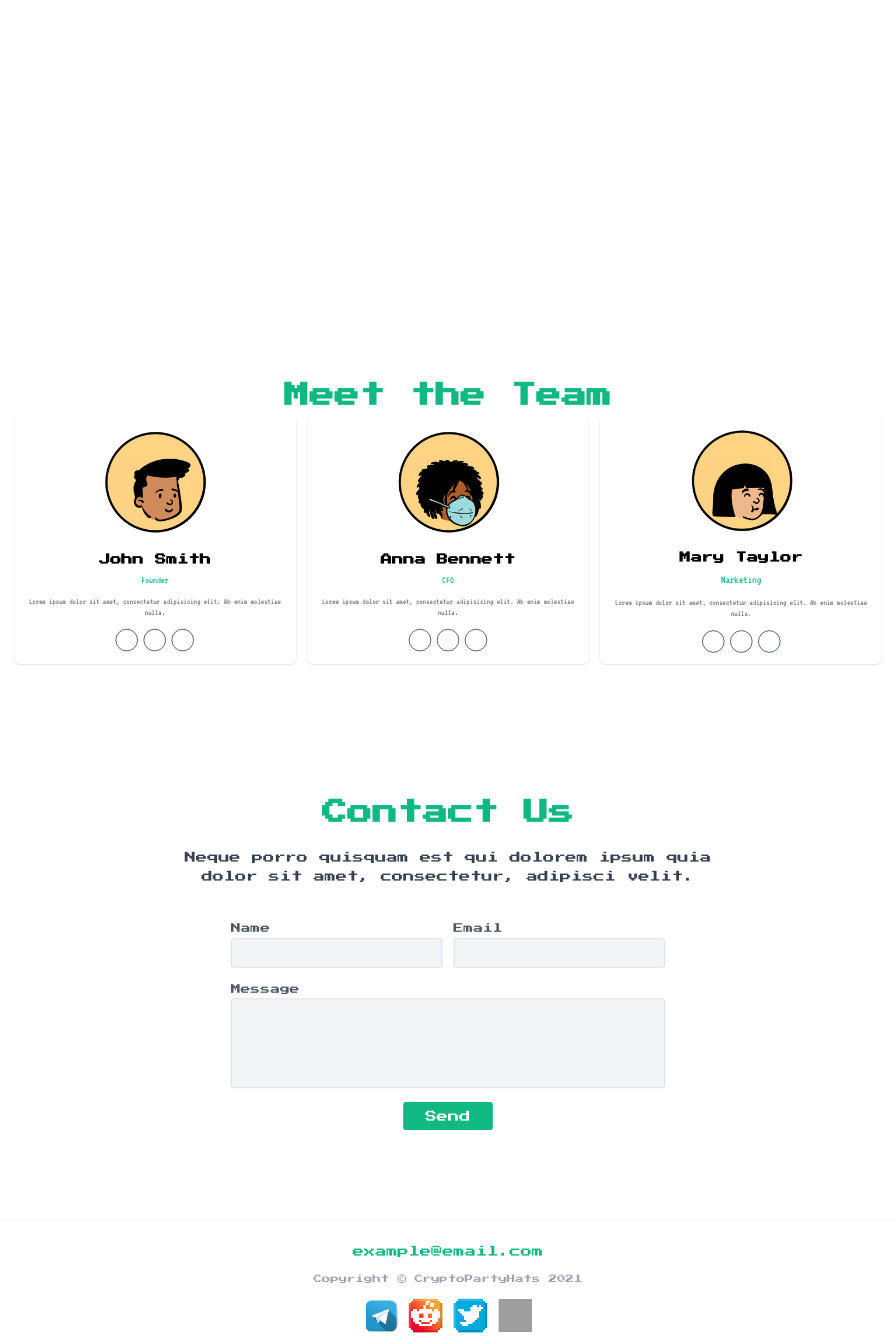
Repository: rhinorphan/phat-landing-page
Page: /
The author's editor kept a copy of each file at every save. The page is drawn from the files as they stood at one save, then again after the next save.
The browser window is 1280 px wide. The pictures show the part of the page from y = 2228 to 4148 px (the page is 4140 px tall before and 4148 px after), at 70% of full size.
Pictures or frames that could not be fetched are drawn as grey boxes. The project was rebuilt for these pictures with package versions that can differ from the ones it lists, and the page was loaded fresh each time. Also part of the build but not shown: craco.config.js.

Above is the page before, as saved 2021-11-17 23:10:48.

### public/index.html
<!DOCTYPE html>
<html lang="en">
  <head>
    <meta charset="utf-8" />
    <link rel="icon" href="%PUBLIC_URL%/assets/images/server_icon.png" />
    <meta name="PHAT" content="width=device-width, initial-scale=1" />
    <meta name="theme-color" content="#000000" />
    <meta
      name="description"
      content="PHAT Landing Page"
    />
    <link rel="apple-touch-icon" href="%PUBLIC_URL%/assets/images/server_icon.png" />
    <!--
      manifest.json provides metadata used when your web app is installed on a
      user's mobile device or desktop. See https://developers.google.com/web/fundamentals/web-app-manifest/
    -->
    <link rel="manifest" href="%PUBLIC_URL%/manifest.json" />
    <!--
      Notice the use of %PUBLIC_URL% in the tags above.
      It will be replaced with the URL of the `public` folder during the build.
      Only files inside the `public` folder can be referenced from the HTML.

      Unlike "/favicon.ico" or "favicon.ico", "%PUBLIC_URL%/favicon.ico" will
      work correctly both with client-side routing and a non-root public URL.
      Learn how to configure a non-root public URL by running `npm run build`.
    -->
    <title>Party Hats</title>
  </head>
  <body>
    <noscript>You need to enable JavaScript to run this app.</noscript>
    <div id="root"></div>
    <!--
      This HTML file is a template.
      If you open it directly in the browser, you will see an empty page.

      You can add webfonts, meta tags, or analytics to this file.
      The build step will place the bundled scripts into the <body> tag.

      To begin the development, run `npm start` or `yarn start`.
      To create a production bundle, use `npm run build` or `yarn build`.
    -->
  </body>
</html>

### src/App.js
import logo from './logo.svg';
import './App.css';
import Header from './components/Header';
import Contact from './components/Contact';
import Landing from './components/Landing';
import Community from './components/Community';
import Tokens from './components/Tokens';
import About from './components/About';
import Footer from './components/Footer';

function App() {
  return (
    <div className="app">
        <Header />
        <div className="app__body">
          <Landing />
          <Community />
          <Tokens />
          <About />
          <Contact />
        </div>
        <Footer />
    </div>
  );
}

export default App;

### src/App.css
@import url('https://fonts.googleapis.com/css2?family=VT323&display=swap');
@import url('https://fonts.googleapis.com/css2?family=Press+Start+2P&family=VT323&display=swap');

.app {
  font-family: 'Press Start 2P', cursive;
}

.normalText {
  font-family: 'VT323', monospace;
}

.active {
  @apply py-4 px-2 text-green-500 border-b-4 border-green-500 font-semibold
}

.active2 {
  @apply block text-sm px-2 py-4 text-white bg-green-500 font-semibold
}

.nobull {
  list-style-type: none;
}

### src/components/Header.js
import React from 'react';
import { Link, animateScroll as scroll } from "react-scroll";

function Header() {

  const handleSubmit = (e) => {
    e.preventDefault();

		const menu = document.querySelector(".mobile-menu");

		menu.classList.toggle("hidden");
  }
  const scrollToTop = (e) => {
    scroll.scrollToTop();
  };

  return (
    <nav class="bg-white shadow-lg sticky top-0">
			<div class="max-w-6xl mx-auto px-4">
				<div class="flex justify-between">
					<div class="flex space-x-7">
						<div>
							<a href="" class="flex items-center py-4 px-2">
								<img src={`${process.env.PUBLIC_URL}/assets/images/server_icon.png`} alt="Logo" class="inline object-cover w-12 h-12 mr-4 rounded-full"/>
								<span onClick={scrollToTop}class="font-semibold text-gray-500 text-lg">Party Hats</span>
							</a>
						</div>
						<div class="hidden md:flex items-center space-x-1 nobull">
              <li><Link activeClass="active" className="py-4 px-2 text-gray-500 font-semibold hover:text-green-500 transition duration-300 cursor-pointer"
              to="landing" spy={true} smooth={true} duration={500}>Home</Link></li>
							<li><Link activeClass="active" className="py-4 px-2 text-gray-500 font-semibold hover:text-green-500 transition duration-300 cursor-pointer"
              to="community" spy={true} smooth={true} duration={500}>Community</Link></li>
              <li><Link activeClass="active" className="py-4 px-2 text-gray-500 font-semibold hover:text-green-500 transition duration-300 cursor-pointer"
              to="token" spy={true} smooth={true} duration={500}>Tokens</Link></li>
							<li><Link activeClass="active" className="py-4 px-2 text-gray-500 font-semibold hover:text-green-500 transition duration-300 cursor-pointer"
              to="about" spy={true} smooth={true} duration={500}>About</Link></li>
							<li><Link activeClass="active" className="py-4 px-2 text-gray-500 font-semibold hover:text-green-500 transition duration-300 cursor-pointer"
              to="contact" spy={true} smooth={true} duration={500}>Contact</Link></li>
						</div>
					</div>
					<div class="hidden md:flex items-center space-x-3 ">
						<a target="_blank" rel="noopener noreferrer" href="https://tetr.io/" class="py-2 px-8 font-medium text-white bg-green-500 hover:bg-green-400 transition duration-300 rounded-full">Play</a>
					</div>
					<div class="md:hidden flex items-center">
						<button class="outline-none mobile-menu-button" onClick={handleSubmit}>
						<svg class=" w-6 h-6 text-gray-500 hover:text-green-500 "
							x-show="!showMenu"
							fill="none"
							stroke-linecap="round"
							stroke-linejoin="round"
							stroke-width="2"
							viewBox="0 0 24 24"
							stroke="currentColor"
						>
							<path d="M4 6h16M4 12h16M4 18h16"></path>
						</svg>
					</button>
					</div>
				</div>
			</div>
			<div class="hidden mobile-menu">
				<ul class="">
					<li><Link activeClass="active2" className="block text-sm px-2 py-4 hover:bg-green-500 transition duration-300 hover:text-white cursor-pointer"
              to="landing" spy={true} smooth={true} duration={500}>Home</Link></li>
					<li><Link activeClass="active2" className="block text-sm px-2 py-4 hover:bg-green-500 transition duration-300 hover:text-white cursor-pointer"
              to="community" spy={true} smooth={true} duration={500}>Community</Link></li>
          <li><Link activeClass="active2" className="block text-sm px-2 py-4 hover:bg-green-500 transition duration-300 hover:text-white cursor-pointer"
              to="token" spy={true} smooth={true} duration={500}>Tokens</Link></li>
					<li><Link activeClass="active2" className="block text-sm px-2 py-4 hover:bg-green-500 transition duration-300 hover:text-white cursor-pointer"
              to="about" spy={true} smooth={true} duration={500}>About</Link></li>
					<li><Link activeClass="active2" className="block text-sm px-2 py-4 hover:bg-green-500 transition duration-300 hover:text-white cursor-pointer"
              to="contact" spy={true} smooth={true} duration={500}>Contact</Link></li>
				</ul>
			</div>
		</nav>
  )
}

export default Header

### src/components/Contact.js
import React from 'react'
import { Link, animateScroll as scroll } from "react-scroll";

function Contact() {

  return (
    <section
      className="text-gray-700 body-font h-100" name="contact">
        <div className="container px-5 py-24 mx-auto">
          <div className="flex flex-col text-center w-full mb-12">
            <h1 className="flex text-4xl  font-bold mb-8 text-green-500 justify-center">
              Contact Us
            </h1>
            <p className="lg:w-2/3 mx-auto leading-relaxed text-base">
            Neque porro quisquam est qui dolorem ipsum quia dolor sit amet, consectetur, adipisci velit.
            </p>
          </div>
          <div className="lg:w-1/2 md:w-2/3 mx-auto">
            <div className="flex flex-wrap -m-2">
              <div className="p-2 w-1/2">
                <div className="">
                  <label for="name" className="leading-7 text-sm text-gray-600">
                    Name
                  </label>
                  <input
                    type="text"
                    id="name"
                    name="name"
                    className="w-full bg-gray-100 rounded border border-gray-300 focus:border-green-500 text-base outline-none text-gray-700 py-1 px-3 leading-8 transition-colors duration-200 ease-in-out"
                  />
                </div>
              </div>
              <div className="p-2 w-1/2">
                <div className="">
                  <label
                    for="email"
                    className="leading-7 text-sm text-gray-600"
                  >
                    Email
                  </label>
                  <input
                    type="email"
                    id="email"
                    name="email"
                    className="w-full bg-gray-100 rounded border border-gray-300 focus:border-green-500 text-base outline-none text-gray-700 py-1 px-3 leading-8 transition-colors duration-200 ease-in-out"
                  />
                </div>
              </div>
              <div className="p-2 w-full">
                <div className="">
                  <label
                    for="message"
                    className="leading-7 text-sm text-gray-600"
                  >
                    Message
                  </label>
                  <textarea
                    id="message"
                    name="message"
                    className="w-full bg-gray-100 rounded border border-gray-300 focus:border-green-500 h-32 text-base outline-none text-gray-700 py-1 px-3 resize-none leading-6 transition-colors duration-200 ease-in-out"
                  ></textarea>
                </div>
              </div>
              <div className="p-2 w-full">
                <button className="flex mx-auto py-2 px-8 font-medium text-white bg-green-500 rounded hover:bg-green-400 transition duration-300">
                  Send
                </button>
              </div>
            </div>
          </div>
        </div>
      </section>
  )
}

export default Contact

### src/components/Landing.js
import React from 'react'
import { Link, animateScroll as scroll } from "react-scroll";

function Landing() {
  return (
    <section className="grid md:flex place-items-center h-screen py-10 px-4" name="landing">
      <div class="mx-16">
        <h2 class="text-4xl  font-bold mb-2 text-green-500">
          Community Arcade Cabinet
        </h2>
        <h3 class="text-2xl mb-2 text-gray-300">
        With your beloved games.
        </h3>
        <h3 class="text-2xl mb-8 text-green-500">
        Join the revolution!
        </h3>

        <button class="m-2 bg-white font-bold rounded-full py-4 px-8 shadow-lg uppercase tracking-wider text-green-500 hover:bg-green-400 transition duration-300 hover:text-white">
          <a target="_blank" rel="noopener noreferrer" href="https://lionell-moore.gitbook.io/crypto-party-hats/introductions/what-is-party-hats">Whitepaper</a>
        </button>
        <button class="m-2 bg-white font-bold rounded-full py-4 px-8 shadow-lg uppercase tracking-wider text-green-500 hover:bg-green-400 transition duration-300 hover:text-white">
          <a target="_blank" rel="noopener noreferrer" href="#"><Link activeClass="active"
              to="community" spy={true} smooth={true} duration={500}>Learn More</Link></a>
        </button>
      </div>
      <div className="w-full">
        <img src={`${process.env.PUBLIC_URL}/assets/images/landing.png`} alt="" className="h-full w-full"/>
      </div>
    </section>
  )
}

export default Landing

### src/components/Community.js
import React from 'react'

function Community() {
  return (
    <section className="grid md:grid place-items-center h-100 py-10 px-4" name="community">
      <div className="w-min-50">
        <img src={`${process.env.PUBLIC_URL}/assets/images/collab.png`} alt=""/>
      </div>
      <div class="mx-16 w-50">
        <h2 class="flex text-4xl  font-bold mb-2 text-green-500 justify-center">
        Party Hats?
        </h2>
        <h3 class="flex text-2xl mb-2 text-gray-300 text-center normalText">
        The Party Hats team and our community aims to be a central guild for anyone to join in and spend some time playing games with others as if you were at the arcade with friends. Our community will be more focused on helping fellow members who have either been rugpulled on or scammed by other people in the crypto space.
        </h3>
        <section class="pb-10 bg-blueGray-200 mt-8">
        <div class="container mx-auto px-4">
          <div class="flex flex-wrap">
            <div class="lg:pt-12 pt-6 w-full md:w-4/12 px-4 text-center">
              <div class="flex flex-col min-w-0 break-words bg-white w-full mb-8 shadow-lg rounded-lg">
                <div class="px-4 py-5 flex-auto">
                  <div class="text-white p-3 text-center inline-flex items-center justify-center w-12 h-12 mb-5 shadow-lg rounded-full">
                    <i class="fas fa-award"></i>
                  </div>
                  <h6 class="text-l font-semibold text-green-500">Community Driven</h6>
                  <p class="mt-2 mb-4 text-gray-500 normalText">
                  Our goal is primarily to help people who have lost money to get back on their feet. And to create a community that helps each other besides just themselves.
                  </p>
                </div>
              </div>
            </div>
            <div class="w-full md:w-4/12 px-4 text-center">
              <div class="flex flex-col min-w-0 break-words bg-white w-full mb-8 shadow-lg rounded-lg">
                <div class="px-4 py-5 flex-auto">
                  <div class="text-white p-3 text-center inline-flex items-center justify-center w-12 h-12 mb-5 shadow-lg rounded-full bg-lightBlue-400">
                    <i class="fas fa-retweet"></i>
                  </div>
                  <h6 class="text-l font-semibold text-green-500">Transparency</h6>
                  <p class="mt-2 mb-4 text-gray-500 normalText">
                  Complete Transparency with the Community.
                  Devs and Staff team will always talk with the members to make sure the community stays informed.
                  </p>
                </div>
              </div>
            </div>
            <div class="pt-6 w-full md:w-4/12 px-4 text-center">
              <div class="flex flex-col min-w-0 break-words bg-white w-full mb-8 shadow-lg rounded-lg">
                <div class="px-4 py-5 flex-auto">
                  <div class="text-white p-3 text-center inline-flex items-center justify-center w-12 h-12 mb-5 shadow-lg rounded-full bg-emerald-400">
                    <i class="fas fa-fingerprint"></i>
                  </div>
                  <h6 class="text-l font-semibold text-green-500">Easy to Reach</h6>
                  <p class="mt-2 mb-4 text-gray-500 normalText">
                  You will be able to talk to the developers and owners of the project at anytime as long as they are available to talk! Any Questions, Feedback and Suggestions are always welcomed!
                  </p>
                </div>
              </div>
            </div>
          </div>
        </div>
        </section>
      </div>
    </section>
  )
}

export default Community

### src/components/Tokens.js
import React from 'react'

function Tokens() {
  return (
    <section name="token" className="h-screen container px-5 py-24 mx-auto flex justify-center">
      <p className="flex text-4xl  font-bold mb-2 text-green-500 justify-center">Tokens</p>
    </section>
  )
}

export default Tokens

### src/components/About.js
import React from 'react'

// shadow-lg border border-gray-200 rounded-full overflow-hidden - picture TEAM div className

function About() {
  return (
    <section name="about" className="h-100 container px-5 py-24 mx-auto flex-col">
      <div>
        <p className="flex text-4xl  font-bold mb-2 text-green-500 justify-center">Meet the Team</p>
      </div>
      <div class="flex flex-col sm:flex-row gap-4">

			<div class="flex flex-col items-center justify-center bg-white p-4 shadow rounded-lg">
				<div class="inline-flex h-40 w-40">
					<img src={`${process.env.PUBLIC_URL}/assets/images/team1.png`}
						 alt=""
						 class="h-full w-full"/>
				</div>

				<h2 class="mt-4 font-bold text-l">John Smith</h2>
				<h6 class="mt-2 text-sm font-medium text-green-500 normalText">Founder</h6>

				<p class="text-xs text-gray-500 text-center mt-3 normalText">
					Lorem ipsum dolor sit amet, consectetur adipisicing elit. Ab enim molestiae nulla.
				</p>

				<ul class="flex flex-row mt-4 space-x-2">
					<li>
						<a href="" class="flex items-center justify-center h-8 w-8 border rounded-full text-gray-800 border-gray-800">
							<i class="fab fa-facebook"></i>
						</a>
					</li>
					<li>
						<a href="" class="flex items-center justify-center h-8 w-8 border rounded-full text-gray-800 border-gray-800">
							<i class="fab fa-twitter"></i>
						</a>
					</li>
					<li>
						<a href="" class="flex items-center justify-center h-8 w-8 border rounded-full text-gray-800 border-gray-800">
							<i class="fab fa-instagram"></i>
						</a>
					</li>
				</ul>
			</div>

			<div class="flex flex-col items-center justify-center bg-white p-4 shadow rounded-lg">
				<div class="inline-flex h-40 w-40">
					<img src={`${process.env.PUBLIC_URL}/assets/images/team2.png`}
						 alt=""
						 class="h-full w-full"/>
				</div>

				<h2 class="mt-4 font-bold text-l">Anna Bennett</h2>
				<h6 class="mt-2 text-sm font-medium text-green-500 normalText">CFO</h6>

				<p class="text-xs text-gray-500 text-center mt-3 normalText">
					Lorem ipsum dolor sit amet, consectetur adipisicing elit. Ab enim molestiae nulla.
				</p>

				<ul class="flex flex-row mt-4 space-x-2">
					<li>
						<a href="" class="flex items-center justify-center h-8 w-8 border rounded-full text-gray-800 border-gray-800">
							<i class="fab fa-facebook"></i>
						</a>
					</li>
					<li>
						<a href="" class="flex items-center justify-center h-8 w-8 border rounded-full text-gray-800 border-gray-800">
							<i class="fab fa-twitter"></i>
						</a>
					</li>
					<li>
						<a href="" class="flex items-center justify-center h-8 w-8 border rounded-full text-gray-800 border-gray-800">
							<i class="fab fa-instagram"></i>
						</a>
					</li>
				</ul>
			</div>

			<div class="flex flex-col items-center justify-center bg-white p-4 shadow rounded-lg">
				<div class="inline-flex h-40 w-40">
					<img src={`${process.env.PUBLIC_URL}/assets/images/team3.png`}
						 alt=""
						 class="h-full w-full"/>
				</div>

				<h2 class="mt-4 font-bold text-l">Mary Taylor</h2>
				<h6 class="mt-2 text-md font-medium text-green-500 normalText">Marketing</h6>

				<p class="text-xs text-gray-500 text-center mt-3 normalText">
					Lorem ipsum dolor sit amet, consectetur adipisicing elit. Ab enim molestiae nulla.
				</p>

				<ul class="flex flex-row mt-4 space-x-2">
					<li>
						<a href="" class="flex items-center justify-center h-8 w-8 border rounded-full text-gray-800 border-gray-800">
							<i class="fab fa-facebook"></i>
						</a>
					</li>
					<li>
						<a href="" class="flex items-center justify-center h-8 w-8 border rounded-full text-gray-800 border-gray-800">
							<i class="fab fa-twitter"></i>
						</a>
					</li>
					<li>
						<a href="" class="flex items-center justify-center h-8 w-8 border rounded-full text-gray-800 border-gray-800">
							<i class="fab fa-instagram"></i>
						</a>
					</li>
				</ul>
			</div>

		</div>

    </section>
  )
}

export default About

### src/components/Footer.js
import React from 'react'

function Footer() {
  return (
    <div className="p-2 w-full pt-8 mt-8 border-t border-gray-200 text-center">
      <a className="text-green-500">example@email.com</a>
      <p className="text-xs my-5 text-gray-400">
      Copyright © CryptoPartyHats 2021
      </p>
      <div className="flex flex-row justify-center">
        <img src={`${process.env.PUBLIC_URL}/assets/images/tg.png`} alt="" className="h-12 w-12 mx-2"/>
        <img src={`${process.env.PUBLIC_URL}/assets/images/reddit.png`} alt="" className="h-12 w-12 mx-2"/>
        <img src={`${process.env.PUBLIC_URL}/assets/images/twitter.png`} alt="" className="h-12 w-12 mx-2"/>
        <img src={`${process.env.PUBLIC_URL}/assets/images/discord.png`} alt="" className="h-12 w-12 mx-2"/>
      </div>
    </div>
  )
}

export default Footer

Loaded but not shown: src/index.js (common file); src/index.css (common file); src/reportWebVitals.js (common file); tailwind.config.js (common file)

After the next save:
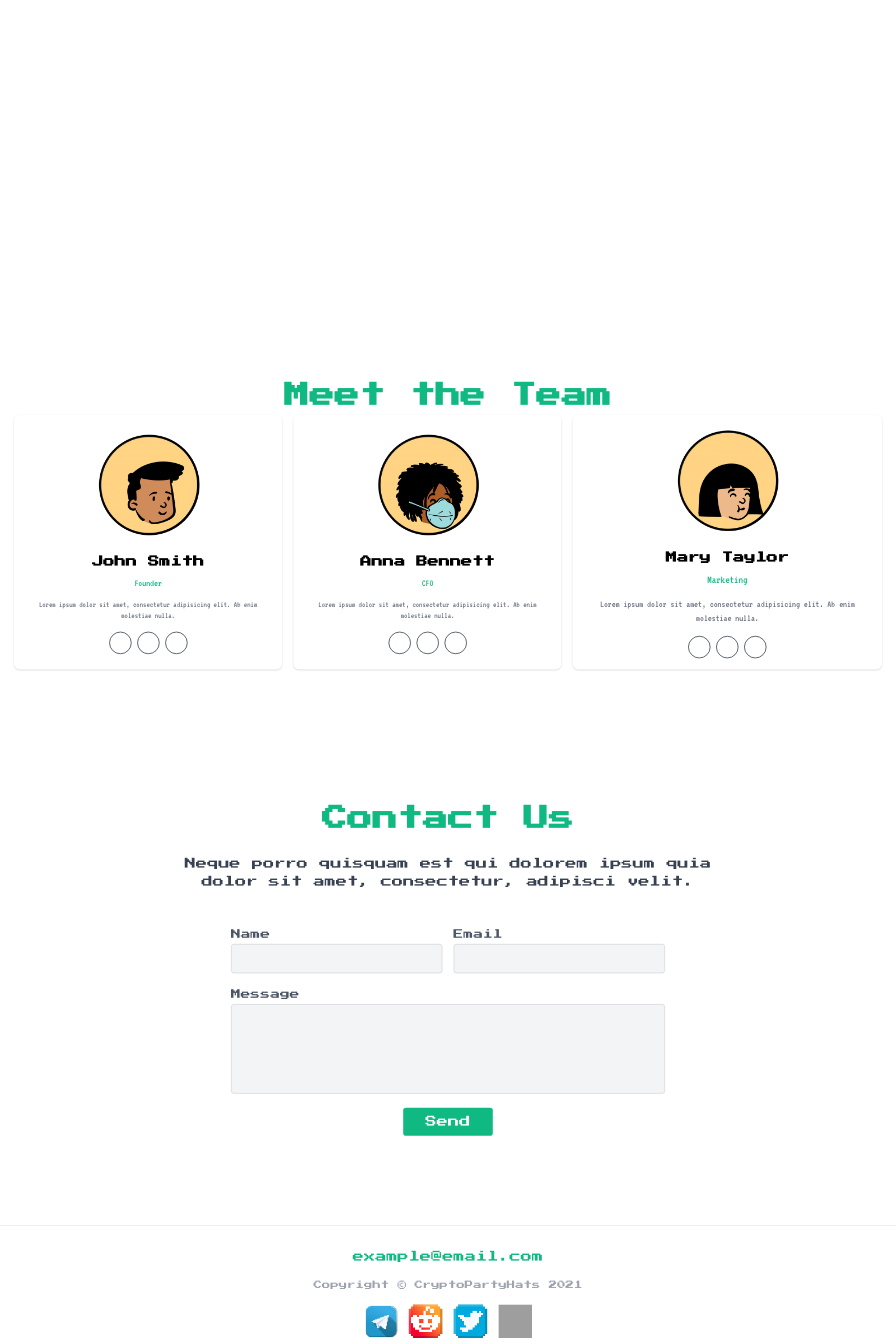
Saved 4 s later.
--- a/src/components/About.js
+++ b/src/components/About.js
@@ -86,7 +86,7 @@ function About() {
 				<h2 class="mt-4 font-bold text-l">Mary Taylor</h2>
 				<h6 class="mt-2 text-md font-medium text-green-500 normalText">Marketing</h6>
 
-				<p class="text-xs text-gray-500 text-center mt-3 normalText">
+				<p class="text-sm text-gray-500 text-center mt-3 normalText">
 					Lorem ipsum dolor sit amet, consectetur adipisicing elit. Ab enim molestiae nulla.
 				</p>
 
